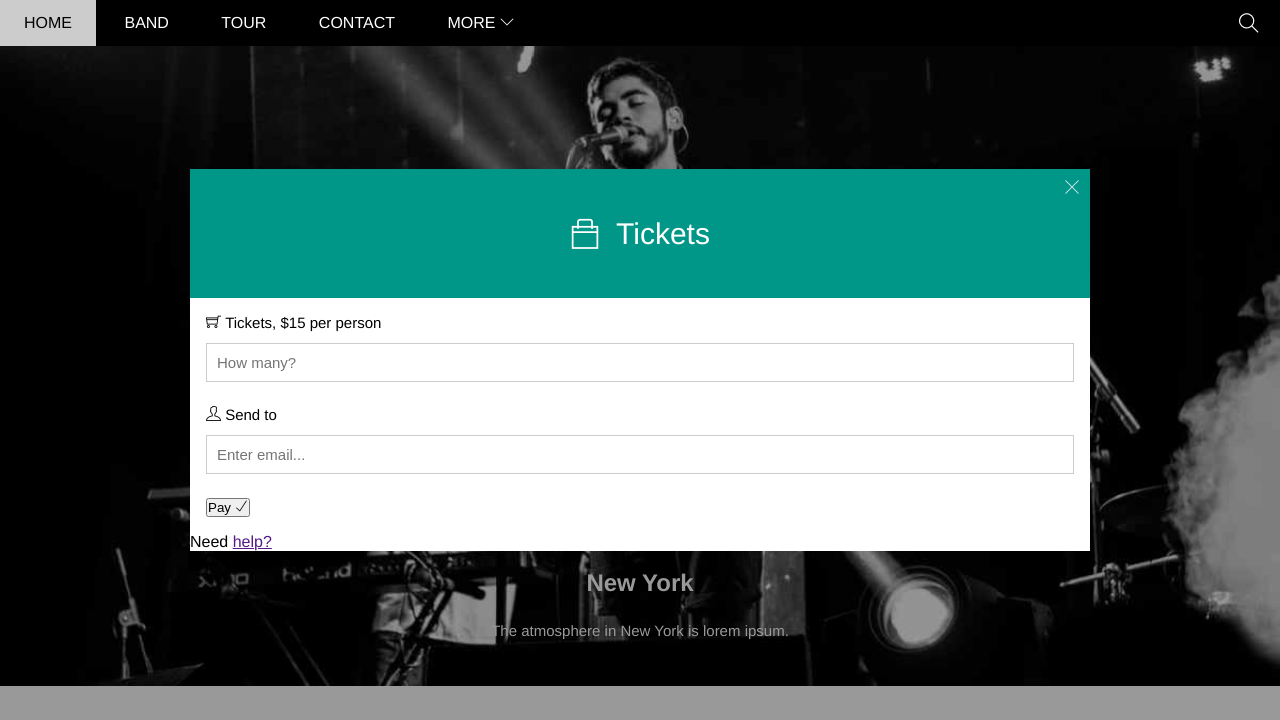
Repository: vophuocthanh/phuocthanhk03
Page: index.html
The author's editor kept a copy of each file at every save. The page is drawn from the files as they stood at one save, then again after the next save.
The browser window is 1280 px wide. The pictures show the window.
A layer covers the whole window, so only the first screen is drawn.

Above is the page before, as saved 2022-03-25 22:41:58.

### index.html
<!DOCTYPE html>
<html lang="en">

<head>
    <meta charset="UTF-8" />
    <meta http-equiv="X-UA-Compatible" content="IE=edge" />
    <meta name="viewport" content="width=device-width, initial-scale=1.0" />
    <title>THE BAND</title>
    <link rel="stylesheet" href="./asset/css/style.css" />
    <link rel="stylesheet" href="/asset/icon/themify-icons/themify-icons.css">
</head>

<body>
    <div id="main">
        <div id="header">
            <!-- Begin : nav -->
            <ul id="nav">
                <li><a href="">Home<a></li>
                <li><a href="">Band</a></li>
                <li><a href="">Tour</a></li>
                <li><a href="">Contact</a></li>
                <li>
                    <a href="">
                        More
                        <i class="nav-arrow-down ti-angle-down"></i>
                    </a>
                    <ul class="subnav">
                        <li><a href="">Merchandise</a></li>
                        <li><a href="">Extras</a></li>
                        <li><a href="">Media</a></li>
                    </ul>
                </li>
            </ul>
            <!-- End: nav -->

            <!-- Begin: Search -->
            <div class="search-btn">
                <i class="search-icon ti-search"></i>
            </div>
            <!-- End: Search -->
        </div>

        <div id="slider">
            <div class="text-content">
                <h2 class="text-heading">New York</h2>
                <div class="text-description">The atmosphere in New York is lorem ipsum.</div>
            </div>
        </div>

        <div id="content">
            <!-- About section -->
            <div class="content-section">
                <h2 class="section-heading">THE BAND</h2>
                <p class="section-sub-heading">We love music</p>
                <p class="about-text">We have created a fictional band website. Lorem ipsum dolor sit amet, consectetur adipiscing elit, sed do eiusmod tempor incididunt ut labore et dolore magna aliqua. Ut enim ad minim veniam, quis nostrud exercitation ullamco laboris nisi
                    ut aliquip ex ea commodo consequat. Duis aute irure dolor in reprehenderit in voluptate velit esse cillum dolore eu fugiat nulla pariatur. Excepteur sint occaecat cupidatat non proident, sunt in culpa qui officia deserunt mollit anim
                    id est laborum consectetur adipiscing elit, sed do eiusmod tempor incididunt ut labore et dolore magna aliqua. Ut enim ad minim veniam, quis nostrud exercitation ullamco laboris nisi ut aliquip ex ea commodo consequat.</p>

                <div class="members-list">
                    <div class="member-item">
                        <p class="member-name">Name</p>
                        <img src="./asset/img/band/member1.jpg" alt="Name" class="member-img">
                    </div>

                    <div class="member-item">
                        <p class="member-name">Name</p>
                        <img src="./asset/img/band/member1.jpg" alt="Name" class="member-img">
                    </div>

                    <div class="member-item">
                        <p class="member-name">Name</p>
                        <img src="./asset/img/band/member1.jpg" alt="Name" class="member-img">
                    </div>
                    <div class="clear"></div>
                </div>
            </div>




            <!-- Tour section -->
            <div class="tour-section">
                <div class="content-section">
                    <h2 class="section-heading
                    text-white">TOUR DATES</h2>
                    <p class="section-sub-heading text-white">Remember to book your tickets!</p>

                    <!-- ticket -->

                    <ul class="ticket-list">
                        <li>September <span class="sold-out">Sold out</span></li>
                        <li>Octoberr <span class="sold-out">Sold out</span></li>
                        <li>November <span class="quantily">3</span></li>
                    </ul>

                    <!-- Places -->
                    <div class="place-list">
                        <div class="place-item">
                            <img src="./asset/img/places/place1.jpg" alt="New York" class="place-img">
                            <div class="place-body">
                                <h3 class="place-heading">New York</h3>
                                <p class="place-time">Fri 27 Nov 2016</p>
                                <p class="place-desc">Praesent tincidunt sed tellus ut rutrum sed vitae justo.</p>
                                <a href="#" class="place-buy-btn">Buy Tickets</a>
                            </div>
                        </div>
                        <div class="place-item">
                            <img src="./asset/img/places/place2.jpg" alt="New York" class="place-img">
                            <div class="place-body">
                                <h3 class="place-heading">Paris</h3>
                                <p class="place-time">Sat 28 Nov 2016</p>
                                <p class="place-desc">Praesent tincidunt sed tellus ut rutrum sed vitae justo.</p>
                                <a href="#" class="place-buy-btn">Buy Tickets</a>
                            </div>
                        </div>
                        <div class="place-item">
                            <img src="./asset/img/places/palce3.jpg" alt="New York" class="place-img">
                            <div class="place-body">
                                <h3 class="place-heading">San Francisco</h3>
                                <p class="place-time">Sun 29 Nov 2016</p>
                                <p class="place-desc">Praesent tincidunt sed tellus ut rutrum sed vitae justo.</p>
                                <a href="#" class="place-buy-btn">Buy Tickets</a>
                            </div>
                        </div>
                        <div class="clear"></div>
                    </div>
                </div>

            </div>
            <!-- Contact section -->
            <div class="content-section">
                <h2 class="section-heading">CONTACT</h2>
                <p class="section-sub-heading">Fan? Drop a note!</p>
            </div>

            <div id="footer">

            </div>

        </div>

        <div class="modal">
            <div class="modal-container">
                <div class="modal-close">
                    <i class="ti-close"></i>
                </div>


                <header class="modal-header">
                    <i class="modal-heading-icon ti-bag"></i> Tickets
                </header>

                <div class="modal-body">
                    <label for="ticket-quantity" class="modal-label">
                        <i class="ti-shopping-cart"></i>
                        Tickets, $15 per person
                    </label>
                    <input id="ticket-quantity" type="text" class="modal-input" placeholder="How many?">

                    <label for="ticket-email" class="modal-label">
                        <i class="ti-user"></i>
                        Send to
                    </label>
                    <input id="ticket-email" type="email" class="modal-input" placeholder="Enter email...">


                    <button id="buy-tickets">
                        Pay <i class="ti-check"></i>
                    </button>
                </div>


                <footer class="modal-footer">
                    <p class="modal-help">Need <a href="">help?</a></p>
                </footer>
            </div>
        </div>


</body>

</html>

### asset/css/style.css
/*Reset*/

* {
    padding: 0;
    margin: 0;
    box-sizing: border-box;
}

html {
    font-family: Helvetica, Arial, sans-serif;
}


/*
 1. Từ ngoài vào trong
 2. Trên xuống dưới
 3. Từ tổng quan đến chi tiết

*/


/*
1. Vị Trí
2. Màu Sắc
3. Kích Thước
4.Kiểu Dáng */

.clear {
    clear: both;
}

.text-white {
    color: #fff !important;
}

#main {}

#header {
    height: 46px;
    background-color: #000;
    position: fixed;
    top: 0;
    left: 0;
    right: 0;
    z-index: 1;
}

#nav {
    display: inline-block;
}

.subnav {
    list-style-type: none;
}

#nav>li {
    display: inline-block;
}

#nav li {
    position: relative;
}

#nav>li>a {
    color: #fff;
    text-transform: uppercase;
}

#nav li a {
    color: #fff;
    text-decoration: none;
    line-height: 46px;
    padding: 0 24px;
    display: block;
}

#nav li:hover .subnav {
    display: block;
}

#nav>li:hover>a,
#nav .subnav li:hover {
    color: #000;
    background-color: #ccc;
}

#nav .subnav {
    display: none;
    position: absolute;
    top: 100%;
    left: 0;
    min-width: 160px;
    background-color: #fff;
    box-shadow: 0 0 10px rgba(0, 0, 0, 0.3);
}

#nav .subnav a {
    color: #000;
    padding: 0 12px;
}

#nav .nav-arrow-down {
    font-size: 14px;
}

#header .search-btn {
    float: right;
    padding: 0 21px;
    cursor: pointer;
}

#header .search-btn:hover {
    background-color: #f44336;
}

#header .search-icon {
    color: #fff;
    font-size: 20px;
    line-height: 46px;
}

#slider {
    position: relative;
    margin-top: 46px;
    padding-top: 50%;
    background: url("/asset/img/slider/slider1.jpg") top center / cover no-repeat;
}

#slider .text-content {
    position: absolute;
    bottom: 47px;
    color: #fff;
    left: 50%;
    transform: translate(-50%);
    text-align: center;
}

#slider .text-headin {
    font-weight: 500;
    font-size: 24px;
}

#slider .text-description {
    font-size: 15px;
    margin-top: 25px;
}

#content {}

#content .content-section {
    width: 800px;
    padding: 64px 0;
    margin-left: auto;
    margin-right: auto;
}

#content .section-heading {
    font-size: 30px;
    font-weight: 500;
    text-align: center;
    letter-spacing: 4px;
}

#content .section-sub-heading {
    font-size: 15px;
    text-align: center;
    margin-top: 25px;
    font-style: italic;
    opacity: 0.6;
}

#content .about-text {
    font-size: 15px;
    margin-top: 25px;
    text-align: justify;
    line-height: 1.4;
}

#content .members-list {
    margin-top: 48px;
}

#content .member-item {
    float: left;
    width: 33.3333%;
    text-align: center;
}

#content .member-name {
    font-size: 15px;
}

#content .member-img {
    width: 154px;
    margin-top: 15px;
    border-radius: 4%;
}


/* Tour-section */

.tour-section {
    background-color: #000;
}

.ticket-list {
    background-color: #fff;
    list-style: none;
    margin-top: 40px;
}

.ticket-list li {
    color: #757575;
    font-size: 15px;
    padding: 11px 16px;
    border-bottom: 1px solid #ddd;
}

.ticket-list .sold-out {
    background-color: #f44336;
    color: #fff;
    padding: 3px 4px;
    margin-left: 16px;
}

.ticket-list .quantily {
    float: right;
    width: 24px;
    height: 24px;
    background-color: #000;
    color: #fff;
    border-radius: 50%;
    text-align: center;
    line-height: 24px;
    margin-top: -3px;
}


/* Places */

.place-list {
    margin: 32px -8px 0;
    padding-bottom: 48px;
}

.place-item {
    float: left;
    width: 33.33333%;
    padding: 0 8px;
}

.place-img {
    width: 100%;
    display: block;
}

.place-img:hover {
    opacity: 0.6;
}

.place-body {
    padding: 16px;
    font-size: 15px;
    background-color: #fff;
}

.place-heading {
    font-size: 15px;
    font-weight: 600;
}

.place-time {
    margin-top: 15px;
    color: #757575;
}

.place-desc {
    margin-top: 15px;
    line-height: 1.4;
}

.place-buy-btn {
    background-color: #000;
    color: #fff;
    text-decoration: none;
    padding: 11px 16px;
    display: inline-block;
    margin-top: 15px;
}

.place-buy-btn:hover {
    color: #000;
    background-color: #ccc;
}


/* Foote section */

#foote {}


/* Modal */

.modal {
    position: fixed;
    top: 0;
    right: 0;
    bottom: 0;
    left: 0;
    background-color: rgba(0, 0, 0, 0.4);
    display: flex;
    align-items: center;
    justify-content: center;
}

.modal-container {
    background-color: #fff;
    width: 900px;
    min-height: 200px;
    position: relative;
}

.modal-header {
    background-color: #009688;
    height: 129px;
    display: flex;
    align-items: center;
    justify-content: center;
    font-size: 30px;
    color: #fff;
}

.modal-heading-icon {
    margin-right: 16px;
}

.modal-close:hover {
    opacity: 1;
}

.modal-close {
    position: absolute;
    right: 0;
    top: 0;
    color: #fff;
    padding: 10px;
    cursor: pointer;
    opacity: 0.8;
}

.modal-body {
    padding: 16px;
}

.modal-label {
    display: block;
    font-size: 15px;
    margin-bottom: 12px;
}

.modal-input {
    border: 1px solid #ccc;
    width: 100%;
    padding: 10px;
    font-size: 15px;
    margin-bottom: 24px;
}

Loaded but not shown: asset/icon/themify-icons/themify-icons.css (common file)

After the next save:
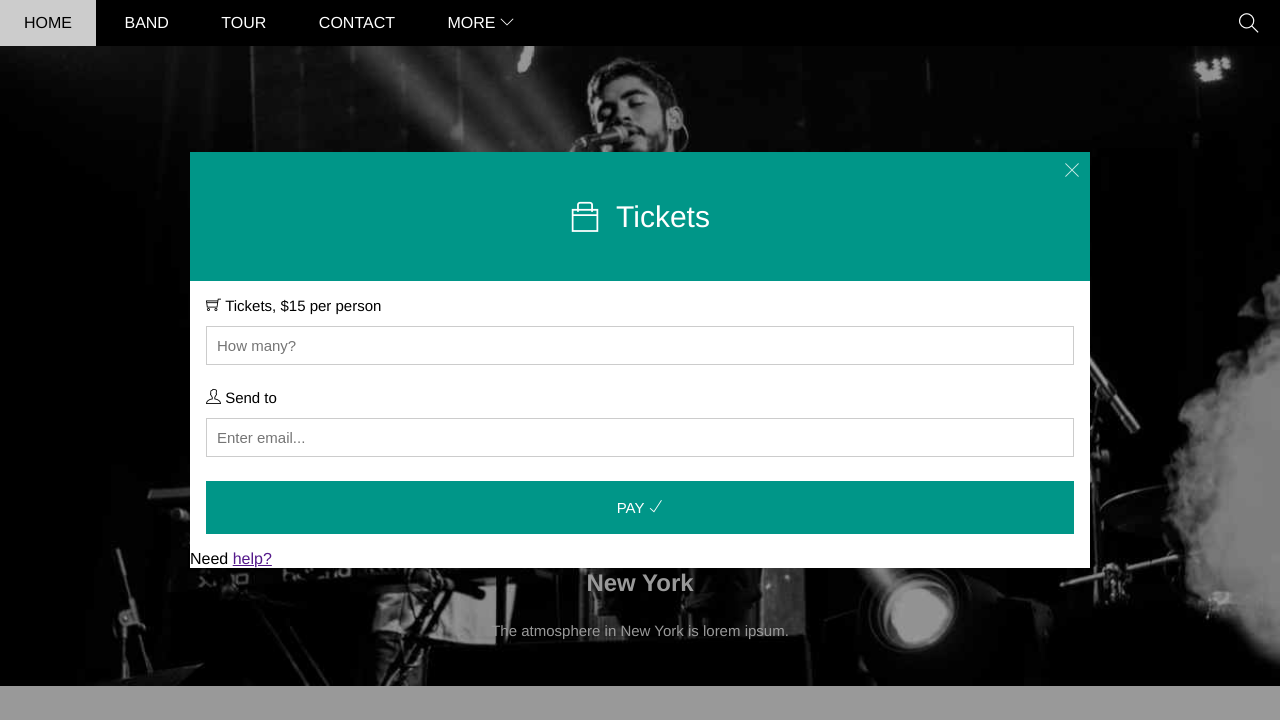
Saved 118 s later.
--- a/asset/css/style.css
+++ b/asset/css/style.css
@@ -365,3 +365,14 @@ html {
     font-size: 15px;
     margin-bottom: 24px;
 }
+
+#buy-tickets {
+    background: #009688;
+    border: none;
+    color: #fff;
+    width: 100%;
+    font-size: 15px;
+    text-transform: uppercase;
+    padding: 18px;
+    cursor: pointer;
+}
